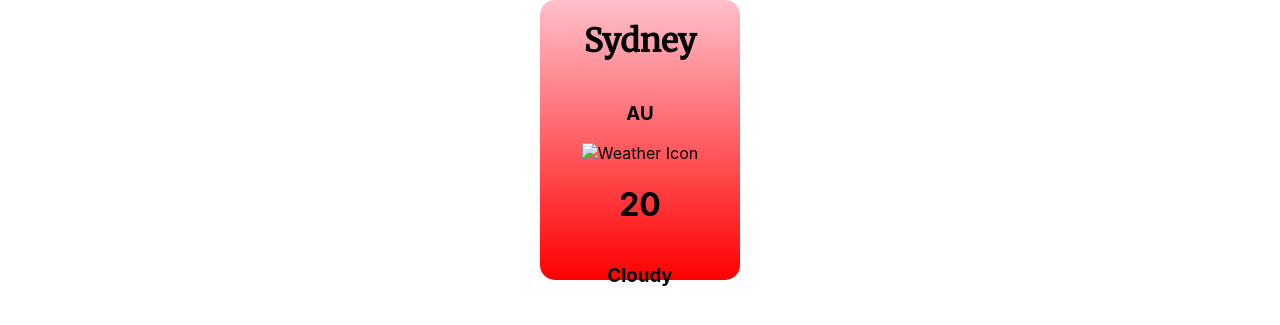
Repository: sayrilamar/chumsweatherapp
Page: /
The author's editor kept a copy of each file at every save. The page is drawn from the files as they stood at one save, then again after the next save.
The browser window is 1280 px wide. The pictures show the whole page.
The project was rebuilt for these pictures with package versions that can differ from the ones it lists, and the page was loaded fresh each time.

Above is the page before, as saved 2020-04-16 19:52:06.

After the next save:
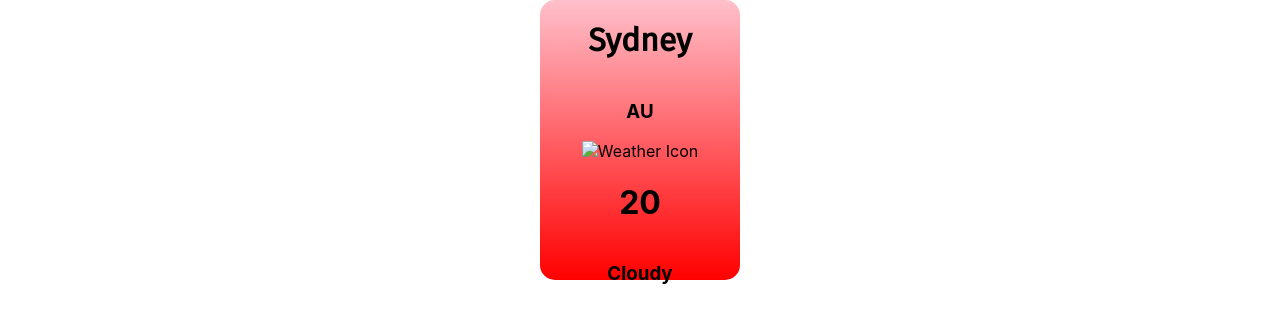
Saved 28 s later.
--- a/src/App.css
+++ b/src/App.css
@@ -18,5 +18,5 @@
 }
 
 .city {
-  font-family: 'Merriweather', sans-serif;
+  font-family: 'Fira Sans', sans-serif;
 }

After the save that followed:
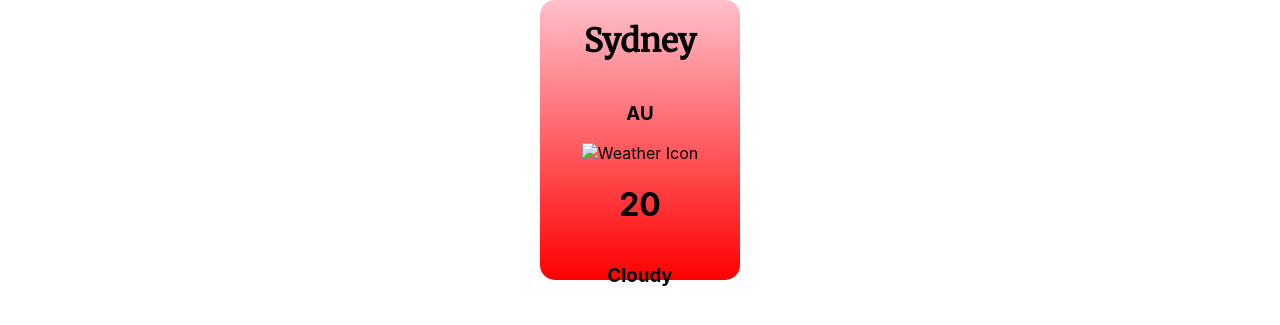
Saved 9 s later.
--- a/src/App.css
+++ b/src/App.css
@@ -18,5 +18,5 @@
 }
 
 .city {
-  font-family: 'Fira Sans', sans-serif;
+  font-family: 'Merriweather', sans-serif;
 }
